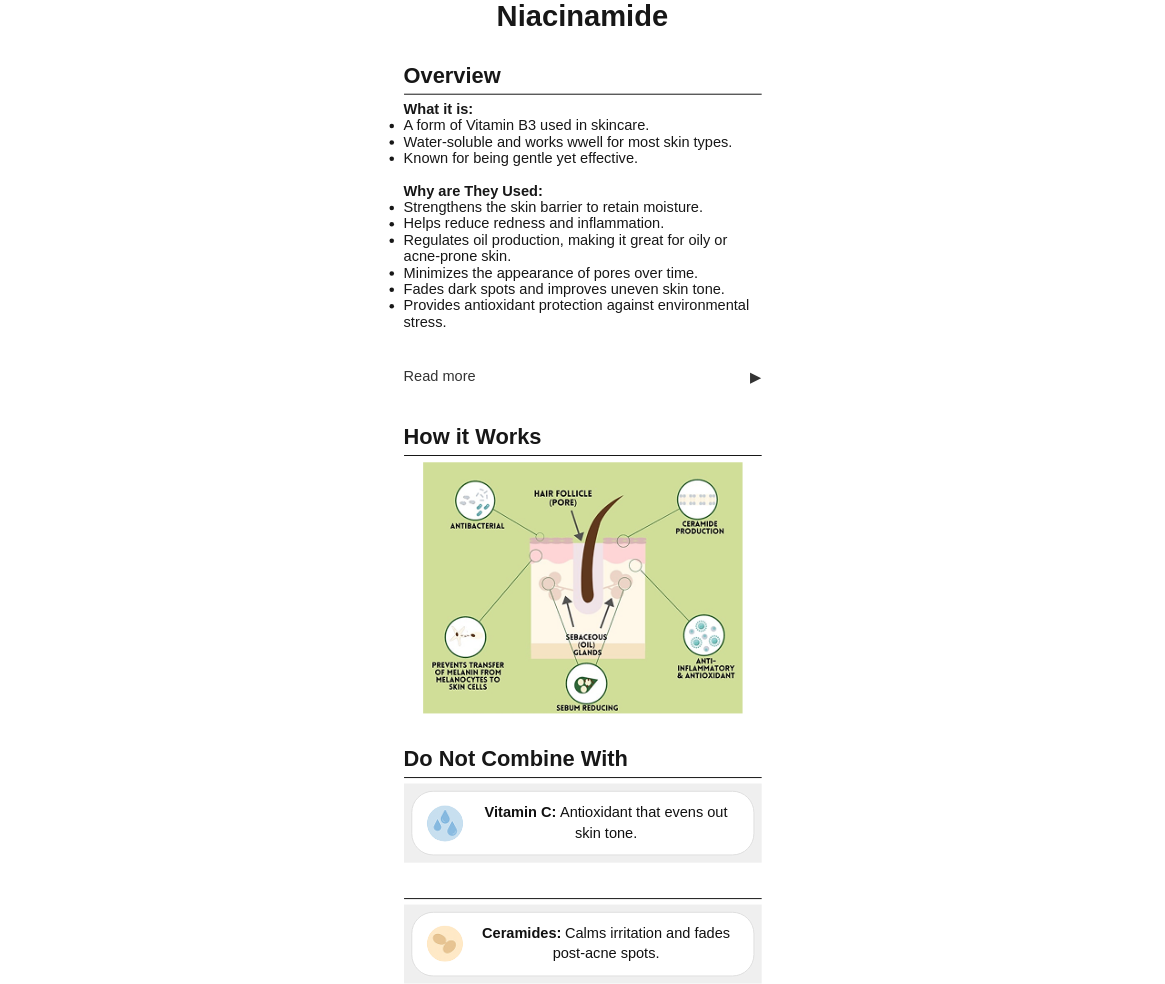
Repository: Esteb4ncd/DermaKnight_WebApp
Page: / (app in dermaknight/)
The author's editor kept a copy of each file at every save. The page is drawn from the files as they stood at one save, then again after the next save.
The browser window is 1280 px wide. The pictures show the whole page, at 91% of full size.
The project was rebuilt for these pictures with package versions that can differ from the ones it lists, and the page was loaded fresh each time. The framework's server and built-in components were replaced by stand-ins that run in the browser. Also part of the build but not shown: dermaknight/next.config.mjs, dermaknight/app/page.module.css, dermaknight/app/ui/toggleDropdown/toggleDropdown.module.css.

Above is the page before, as saved 2025-05-12 13:47:24.

After the next save:
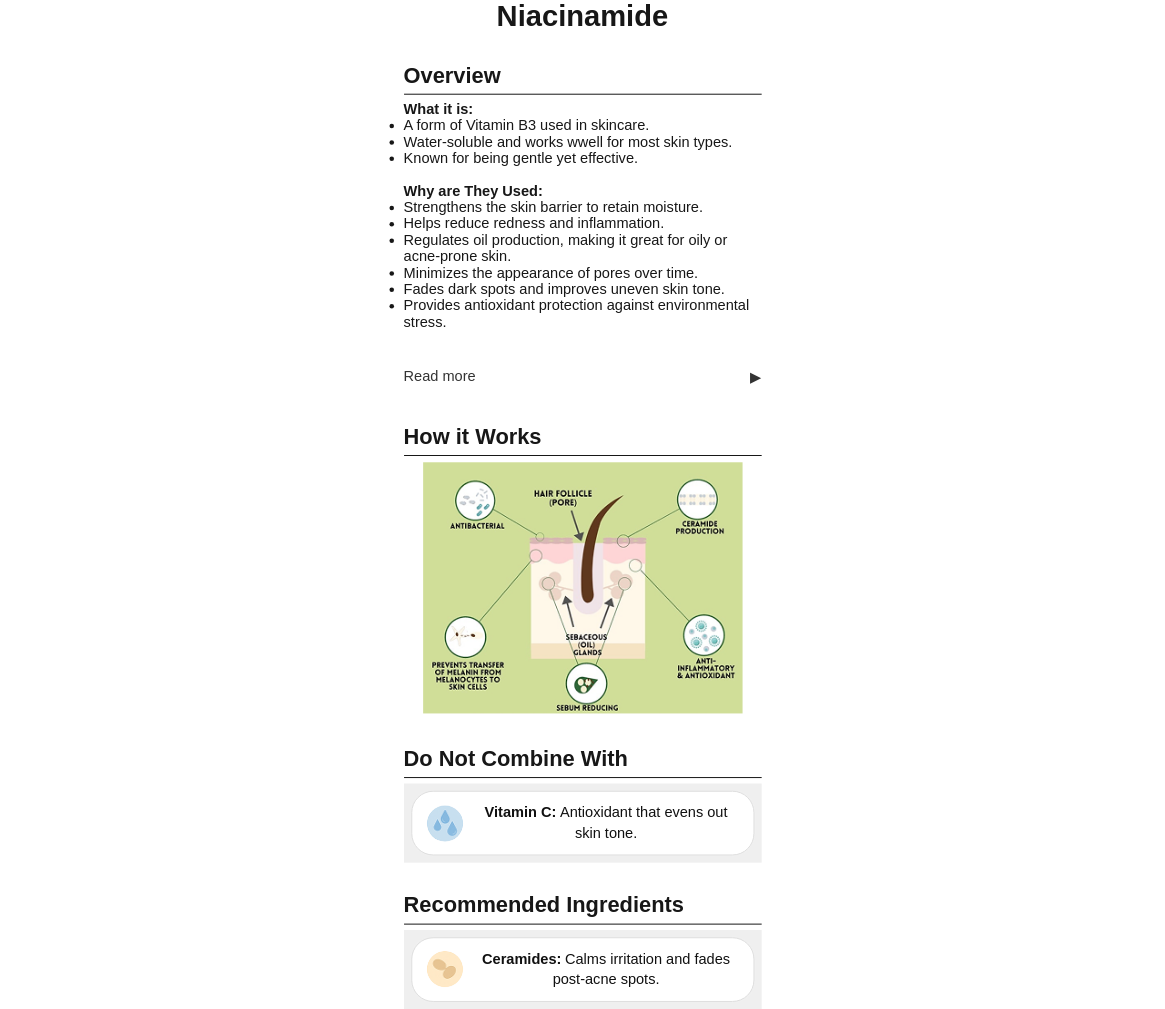
Saved 4 s later.
--- a/dermaknight/app/page.js
+++ b/dermaknight/app/page.js
@@ -182,7 +182,7 @@ export default function Home() {
 
         </section>
         <section className={styles.authContainer}>
-        <h2 style={{ "text-align": "left" }}></h2>
+        <h2 style={{ "text-align": "left" }}>Recommended Ingredients</h2>
         <hr style={{ border: "none", borderTop: "1px solid black", margin: "0.4rem 0" }} />
 
         {["Ceramides"].map((key) => {
